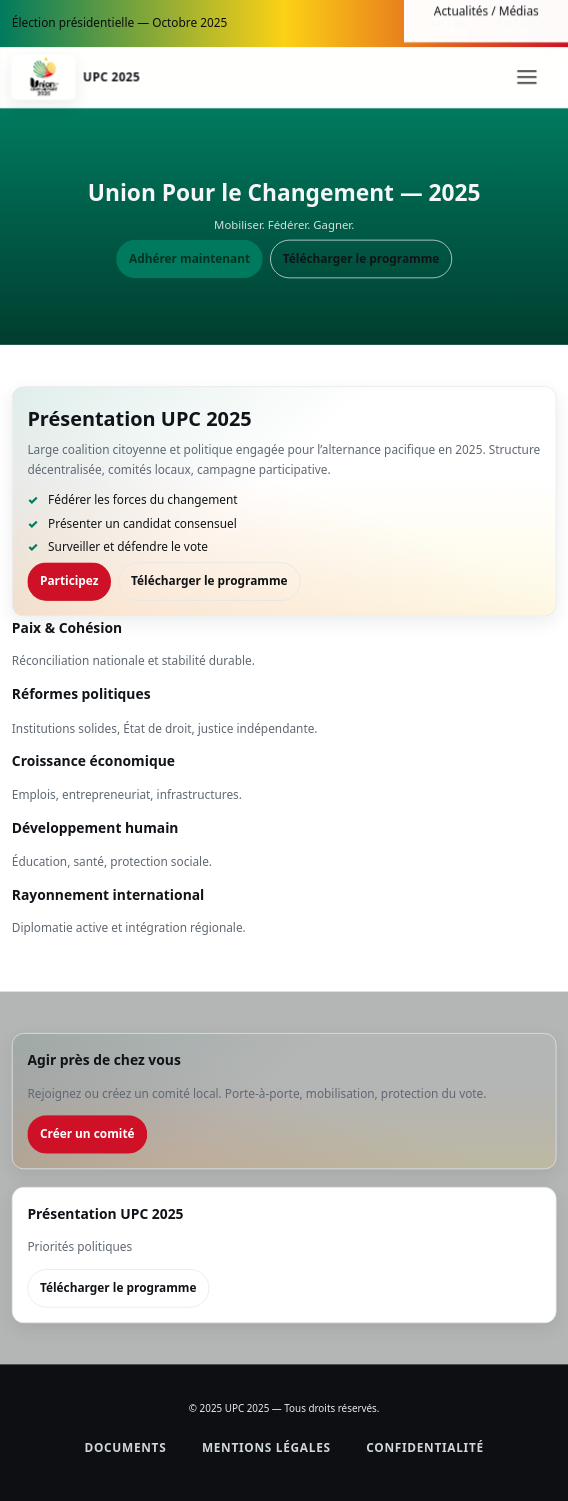
Repository: Kishny/upc2025
Page: index.html
These files come from the project's save history. The page is drawn as it stood at one moment and after the next save; the edit follows.
The browser window is 768 px wide. The pictures show the whole page, at 74% of full size.

Above is the page before, as saved 2025-09-11 02:00:52.

### index.html
<!DOCTYPE html>
<html lang="fr">
  <head>
    <meta charset="utf-8" />
    <meta name="viewport" content="width=device-width,initial-scale=1" />
    <title>UPC 2025 — Union Pour le Changement</title>
    <meta
      name="description"
      content="Coalition citoyenne pour l'alternance pacifique au Cameroun en 2025. Mobilisation, documents officiels, adhésion."
    />
    <link rel="preload" href="assets/css/styles.css" as="style" />
    <link rel="stylesheet" href="assets/css/styles.css" />
    <link rel="icon" href="assets/img/logo.png" />
    <meta property="og:title" content="UPC 2025 — Union Pour le Changement" />
    <meta
      property="og:description"
      content="Mobilisons-nous pour 2025 : adhérer, créer un comité, télécharger le programme."
    />
    <meta property="og:image" content="assets/img/hero-1.jpg" />
    <meta name="theme-color" content="#007A5E" />
  </head>
  <body>
    <!-- Topbar -->
    <div class="topbar">
      <div class="container">
        <span class="topbar__msg" data-i18n="topbar_msg"
          >Élection présidentielle — Octobre 2025</span
        >
        <div class="topbar__actions">
          <button
            id="langToggle"
            class="btn btn--ghost"
            aria-label="Toggle language"
          >
            FR / EN
          </button>
          <a class="btn btn--ghost" href="contact.html" data-i18n="contact"
            >Contact</a
          >
        </div>
      </div>
    </div>

    <!-- Header / Nav -->
    <header class="header">
      <div class="container header__inner">
        <a href="index.html" class="brand">
          <img src="assets/img/logo.png" alt="UPC 2025" class="brand__logo" />
          <span class="brand__title">UPC 2025</span>
        </a>

        <nav id="nav" class="nav" aria-label="Navigation principale">
          <a href="a-propos.html" data-i18n="nav_about">À propos</a>
          <a href="programme.html" data-i18n="nav_program">Programme</a>
          <a href="documents-officiels.html" data-i18n="nav_docs"
            >Documents officiels</a
          >
          <a href="campagne-populaire.html" data-i18n="nav_campaign"
            >Campagne populaire</a
          >
          <a href="participez.html" class="nav__cta" data-i18n="nav_join"
            >Participez</a
          >
          <a href="actualites-medias.html" data-i18n="nav_news_media"
            >Actualités / Médias</a
          >
        </nav>

        <button id="burger" class="burger" aria-label="Menu">
          <span></span><span></span><span></span>
        </button>
      </div>
    </header>

    <!-- Hero -->
    <section class="hero">
      <div class="hero__content container">
        <h1 class="hero__title" data-i18n="hero_title">
          Union Pour le Changement — 2025
        </h1>
        <p class="hero__subtitle" data-i18n="hero_subtitle">
          Mobiliser. Fédérer. Gagner.
        </p>
        <div class="hero__cta">
          <a
            href="participez.html#form-adhesion"
            class="btn btn--primary"
            data-i18n="cta_join"
          >
            Adhérer maintenant
          </a>
          <a
            href="documents-officiels.html"
            class="btn btn--outline"
            data-i18n="cta_program"
            >Télécharger le programme</a
          >
        </div>
      </div>
    </section>

    <!-- Programme / Axes en 2 colonnes -->
    <section class="section" id="programme">
      <div class="container">
        <div class="program__grid">
          <!-- Colonne gauche : présentation UPC 2025 -->
          <article class="card gradient-cm">
            <h2 data-i18n="doc_program">UPC 2025 — Programme Commun</h2>
            <p data-i18n="about_text">
              Large coalition citoyenne et politique engagée pour l’alternance
              pacifique en 2025.
            </p>

            <ul class="checklist">
              <li data-i18n="about_point_1">
                Fédérer les forces du changement
              </li>
              <li data-i18n="about_point_2">
                Présenter un candidat consensuel
              </li>
              <li data-i18n="about_point_3">Surveiller et défendre le vote</li>
            </ul>

            <div class="hero__cta" style="justify-content: flex-start">
              <a
                href="participez.html"
                class="btn btn--secondary"
                data-i18n="nav_join"
                >Participez</a
              >
              <a
                href="documents-officiels.html"
                class="btn btn--outline"
                data-i18n="cta_program"
                >Télécharger le programme</a
              >
            </div>
          </article>

          <!-- Colonne droite : 5 axes -->
          <div class="axis-list">
            <article class="axis-item">
              <h3>
                <span class="axis-dot axis--green"></span>
                <span data-i18n="axis_1_title">Paix & Cohésion</span>
              </h3>
              <p data-i18n="axis_1_text">
                Réconciliation nationale et stabilité durable.
              </p>
            </article>

            <article class="axis-item">
              <h3>
                <span class="axis-dot axis--yellow"></span>
                <span data-i18n="axis_2_title">Réformes politiques</span>
              </h3>
              <p data-i18n="axis_2_text">
                Institutions solides, État de droit, justice indépendante.
              </p>
            </article>

            <article class="axis-item">
              <h3>
                <span class="axis-dot axis--red"></span>
                <span data-i18n="axis_3_title">Croissance économique</span>
              </h3>
              <p data-i18n="axis_3_text">
                Emplois, entrepreneuriat, infrastructures.
              </p>
            </article>

            <article class="axis-item">
              <h3>
                <span class="axis-dot axis--green"></span>
                <span data-i18n="axis_4_title">Développement humain</span>
              </h3>
              <p data-i18n="axis_4_text">
                Éducation, santé, protection sociale.
              </p>
            </article>

            <article class="axis-item">
              <h3>
                <span class="axis-dot axis--yellow"></span>
                <span data-i18n="axis_5_title">Rayonnement international</span>
              </h3>
              <p data-i18n="axis_5_text">
                Diplomatie active et intégration régionale.
              </p>
            </article>
          </div>
        </div>
      </div>
    </section>

    <!-- Bande CTA -->
    <section class="section section--alt">
      <div class="container grid-2">
        <div class="card gradient-cm">
          <h3 data-i18n="call_action">Agir près de chez vous</h3>
          <p data-i18n="call_action_text">
            Rejoignez ou créez un comité local.
          </p>
          <a
            href="participez.html#comite"
            class="btn btn--secondary"
            data-i18n="cta_create_committee"
            >Créer un comité</a
          >
        </div>
        <div class="card">
          <h3 data-i18n="doc_program">Programme Commun</h3>
          <p data-i18n="pillar_1">Priorités politiques</p>
          <a
            href="documents-officiels.html"
            class="btn btn--outline"
            data-i18n="cta_program"
            >Télécharger</a
          >
        </div>
      </div>
    </section>

    <!-- Footer -->
    <footer class="footer footer--solid">
      <div class="container footer__inner">
        <small
          >© <span id="year"></span> UPC 2025 —
          <span data-i18n="rights">Tous droits réservés.</span></small
        >
        <nav class="footer__nav">
          <a href="documents-officiels.html" data-i18n="footer_docs"
            >Documents</a
          >
          <a href="#" data-i18n="footer_legal">Mentions légales</a>
          <a href="#" data-i18n="footer_privacy">Confidentialité</a>
        </nav>
      </div>
    </footer>

    <script src="assets/js/app.js" defer></script>
  </body>
</html>

### assets/css/styles.css
/* =========
   PALETTE & TOKENS (LIGHT)
   ========= */
:root {
  /* Cameroun */
  --cm-green: #007a5e;
  --cm-red: #ce1126;
  --cm-yellow: #fcd116;

  /* Thème clair */
  --bg: #f7f7f4; /* blanc cassé */
  --surface: #ffffff; /* carte / section claire */
  --surface-2: #b4b5b5; /* alternance de section */
  --text: #101418; /* texte principal */
  --muted: #606872; /* texte secondaire */
  --border: #e3e6ea; /* traits & inputs */
  --radius: 16px;
  --shadow: 0 8px 24px rgba(16, 20, 24, 0.08);
}

/* =========
   RESET & LAYOUT
   ========= */
* {
  box-sizing: border-box;
}
html,
body {
  height: 100%;
}
body {
  margin: 0;
  font-family: system-ui, -apple-system, Segoe UI, Roboto, Inter, Arial,
    sans-serif;
  color: var(--text);
  background: var(--bg);
  line-height: 1.6;
  padding: 0;
}
h1,
h2,
h3,
p {
  margin-top: 0;
}
img {
  max-width: 100%;
  display: block;
}
a {
  color: inherit;
  text-decoration: none;
}

.container {
  max-width: 1120px;
  margin-inline: auto;
  padding: 0 16px;
}
.grid-2 {
  display: grid;
  gap: 24px;
  grid-template-columns: 1.1fr 0.9fr;
}
@media (max-width: 900px) {
  .grid-2 {
    grid-template-columns: 1fr;
  }
}

/* =========
   TOPBAR & BOUTONS
   ========= */
.topbar {
  background: linear-gradient(
    90deg,
    var(--cm-green),
    var(--cm-yellow),
    var(--cm-red)
  );
  color: #0b0e0c;
}
.topbar .container {
  display: flex;
  align-items: center;
  justify-content: space-between;
  padding: 6px 16px;
}
.topbar__actions {
  display: flex;
  gap: 8px;
}

.btn {
  display: inline-flex;
  align-items: center;
  justify-content: center;
  gap: 0.5rem;
  padding: 0.75rem 1rem;
  border-radius: 999px;
  border: 1px solid transparent;
  cursor: pointer;
  font-weight: 700;
  transition: 0.2s;
}
.btn--primary {
  background: var(--cm-green);
  color: #032;
  border-color: transparent;
}
.btn--primary:hover {
  filter: brightness(1.05);
}
.btn--secondary {
  background: var(--cm-red);
  color: #fff;
}
.btn--secondary:hover {
  filter: brightness(1.05);
}
.btn--outline {
  background: transparent;
  color: var(--text);
  border-color: var(--border);
}
.btn--outline:hover {
  border-color: var(--cm-yellow);
  color: var(--cm-yellow);
}
.btn--ghost {
  background: transparent;
  color: #111;
  border: 1px solid rgba(0, 0, 0, 0.12);
}

/* =========
   HEADER (logo + à gauche, nav + à droite, plein écran)
   ========= */
.header {
  position: sticky;
  top: 0;
  z-index: 100;
  background: rgba(255, 255, 255, 0.92);
  backdrop-filter: saturate(140%) blur(10px);
  border-bottom: 1px solid var(--border);
}

/* ⚠️ On neutralise le max-width de .container dans le header uniquement */
.header > .container {
  max-width: none; /* plein écran */
  width: 100%;
  padding-inline: clamp(8px, 2vw, 24px); /* bordure fine gauche/droite */
}

.header__inner {
  display: grid;
  grid-template-columns: auto 1fr auto; /* brand | espace | burger (ou rien) */
  align-items: center;
  column-gap: 20px;
  padding: 10px 0;
}

/* Brand : collé à gauche, ne rétrécit pas */
.brand {
  display: flex;
  align-items: center;
  gap: 10px;
  justify-self: start; /* colle à gauche */
  flex-shrink: 0;
}
.brand__logo {
  height: clamp(60px, 8vw, 84px);
  width: auto;
  border-radius: 8px;
  box-shadow: var(--shadow);
}
.brand__title {
  font-weight: 800;
  letter-spacing: 0.5px;
  white-space: nowrap;
}

/* Nav : poussée complètement à droite */
.nav {
  display: flex;
  align-items: center;
  gap: 18px;
  justify-self: end; /* colle à droite */
  margin-left: auto; /* pousse depuis la brand */
  flex-wrap: nowrap;
  min-width: 0;
}
.nav a {
  padding: 8px 12px;
  border-radius: 999px;
  white-space: nowrap;
  word-break: keep-all;
}
.nav a:hover,
.nav a.active {
  background: var(--surface-2);
}

.nav__cta {
  background: var(--cm-yellow);
  color: #111;
  font-weight: 800;
}
.nav__cta:hover {
  filter: brightness(1.05);
}

/* Burger */
.burger {
  display: none;
  background: transparent;
  border: 0;
  padding: 8px;
  justify-self: end; /* aligne le burger à droite quand visible */
}
.burger span {
  display: block;
  width: 26px;
  height: 2px;
  background: #111;
  margin: 6px 0;
  transition: 0.2s;
}

/* Confort : si ça serre un peu avant le breakpoint, autorise un léger scroll */
@media (min-width: 901px) {
  .nav {
    overflow-x: auto;
  }
  .nav::-webkit-scrollbar {
    display: none;
  }
}

/* Mobile */
@media (max-width: 900px) {
  .nav {
    position: fixed;
    inset: 64px 0 auto 0;
    transform: translateY(-120%);
    background: rgba(255, 255, 255, 0.98);
    border-bottom: 1px solid var(--border);
    padding: 20px;
    flex-direction: column;
    gap: 12px;
  }
  .nav.open {
    transform: translateY(0);
  }
  .burger {
    display: block;
  }
}

/* =========
   HERO (compact, centré, lisible)
   ========= */
.hero {
  position: relative;
  min-height: clamp(200px, 40vh, 480px); /* réduit la hauteur */
  display: flex;
  flex-direction: column;
  justify-content: center; /* centre verticalement */
  align-items: center; /* centre horizontalement */
  text-align: center;
  gap: 12px; /* espace plus serré entre les blocs */
  padding: 16px 12px; /* marges internes plus petites */
  margin-top: 0;
  background: linear-gradient(180deg, #007a5e, #003d2f);
  color: #f4f6f8;
}

@media (min-width: 1200px) {
  .hero {
    min-height: clamp(280px, 45vh, 520px); /* compact aussi sur desktop */
  }
}

.hero h1,
.hero h2,
.hero p {
  margin-top: 0;
  margin-bottom: 6px; /* espace minimal sous chaque texte */
}

.hero__title {
  font-size: clamp(24px, 4vw, 42px); /* taille de titre réduite */
  font-weight: 900;
}

.hero__subtitle {
  font-size: clamp(14px, 2vw, 18px);
  color: rgba(255, 255, 255, 0.82);
}

.hero__cta {
  display: flex;
  justify-content: center;
  align-items: center;
  gap: 10px;
  flex-wrap: wrap;
  margin-top: 8px; /* moins d’espace avant les boutons */
}

/* =========
   SECTIONS PROGRAMME(sur fond clair)
   ========= */
.section {
  padding: 56px 0;
  background: var(--surface);
}
.section--alt {
  background: var(--surface-2);
}
.section h2 {
  margin: 0 0 10px;
  font-size: clamp(22px, 3.5vw, 32px);
  color: var(--text);
}
.section p {
  color: var(--muted);
}

/* Cartes */
.card {
  background: #fff;
  border: 1px solid var(--border);
  border-radius: var(--radius);
  padding: 20px;
  box-shadow: var(--shadow);
}
.gradient-cm {
  background: linear-gradient(140deg, rgba(0, 122, 94, 0.12), transparent 45%),
    linear-gradient(20deg, rgba(206, 17, 38, 0.1), transparent 55%),
    linear-gradient(0deg, rgba(252, 209, 22, 0.12), transparent 60%);
}

/* Listes */
.checklist {
  list-style: none;
  padding: 0;
  margin: 12px 0 0;
}
.checklist li {
  padding-left: 28px;
  position: relative;
  margin: 6px 0;
  color: var(--text);
}
.checklist li::before {
  content: "✓";
  position: absolute;
  left: 0;
  top: 0;
  color: var(--cm-green);
  font-weight: 900;
}

/* Grilles */
.cards {
  display: grid;
  gap: 16px;
  grid-template-columns: repeat(3, 1fr);
}
@media (max-width: 900px) {
  .cards {
    grid-template-columns: 1fr;
  }
}
.card.doc:hover {
  border-color: var(--cm-yellow);
}
.card.news h3 {
  margin: 0 0 6px;
}

/* Candidat */
.candidate__photo img {
  border-radius: var(--radius);
  border: 1px solid var(--border);
  box-shadow: var(--shadow);
}

/* =========
   GALERIE
   ========= */
.gallery {
  display: grid;
  grid-template-columns: repeat(auto-fit, minmax(280px, 1fr));
  gap: 12px;
  justify-items: center;
}
.gallery img {
  width: 100%;
  max-width: 340px;
  border-radius: 12px;
  border: 1px solid var(--border);
  box-shadow: 0 6px 18px rgba(16, 20, 24, 0.1);
  object-fit: cover;
  transition: transform 0.3s ease, box-shadow 0.3s ease;
  cursor: default;
}
.gallery img:hover {
  transform: scale(1.05) translateY(-5px);
  box-shadow: 0 12px 28px rgba(16, 20, 24, 0.18);
}

/* =========
   FORMULAIRES (clair)
   ========= */
form label {
  display: grid;
  gap: 6px;
  margin: 10px 0;
}
input,
select,
textarea {
  background: #fff;
  border: 1px solid var(--border);
  color: var(--text);
  border-radius: 12px;
  padding: 12px;
  outline: none;
}
input:focus,
select:focus,
textarea:focus {
  border-color: var(--cm-green);
  box-shadow: 0 0 0 3px rgba(0, 122, 94, 0.12);
}
.form__small {
  color: var(--muted);
  font-size: 0.92rem;
  margin-top: 8px;
}
.form__alert {
  margin-top: 10px;
  padding: 10px;
  border-radius: 10px;
  border: 1px solid var(--border);
  background: #fff;
  color: var(--text);
}

/* =========
   FOOTER (noir conservé)
   ========= */
.footer--solid {
  background: #0d0f12;
  border-top: 1px solid #14171c;
  color: #e8edf1;
}
.footer__wrap,
.footer__inner {
  padding: 48px 16px;
  display: flex;
  flex-direction: column;
  align-items: center;
  gap: 18px;
  text-align: center;
}
.footer__logo {
  width: 76px;
  height: auto;
  opacity: 0.95;
  filter: drop-shadow(0 8px 22px rgba(0, 0, 0, 0.35));
}
.footer__title {
  display: flex;
  align-items: center;
  gap: 16px;
  letter-spacing: 0.08em;
  font-weight: 800;
  color: #f2f5f8;
  margin: 6px 0 4px;
}
.footer__line {
  display: inline-block;
  width: 160px;
  height: 1px;
  background: linear-gradient(
    90deg,
    transparent,
    rgba(255, 255, 255, 0.18),
    transparent
  );
}
@media (max-width: 600px) {
  .footer__line {
    width: 90px;
  }
}
.footer__socials {
  display: flex;
  gap: 14px;
  list-style: none;
  padding: 0;
  margin: 6px 0 8px;
}
.sbtn {
  --ring: rgba(255, 255, 255, 0.08);
  display: grid;
  place-items: center;
  width: 40px;
  height: 40px;
  border-radius: 999px;
  background: rgba(255, 255, 255, 0.06);
  color: #e9eef2;
  border: 1px solid rgba(255, 255, 255, 0.1);
  box-shadow: 0 6px 18px rgba(0, 0, 0, 0.35), inset 0 0 0 1px var(--ring);
  transition: transform 0.2s ease, box-shadow 0.2s ease, background 0.2s ease;
}
.sbtn:hover {
  transform: translateY(-3px);
  box-shadow: 0 12px 28px rgba(0, 0, 0, 0.5), 0 0 0 3px rgba(0, 122, 94, 0.25),
    0 0 24px rgba(252, 209, 22, 0.25), 0 0 12px rgba(206, 17, 38, 0.2);
}
.footer__nav {
  display: flex;
  gap: 28px;
  flex-wrap: wrap;
  justify-content: center;
  margin: 6px 0;
}
.footer__nav a {
  color: #cfd6dc;
  font-weight: 800;
  text-transform: uppercase;
  letter-spacing: 0.06em;
  padding: 6px 10px;
  border-radius: 8px;
  transition: color 0.2s ease, background 0.2s ease;
}
.footer__nav a:hover {
  color: #fff;
  background: rgba(255, 255, 255, 0.06);
}
.footer__copy {
  color: #aeb3b8;
  margin-top: 6px;
  display: block;
}

Loaded but not shown: assets/js/app.js (350 lines, source omitted)

After the next save:
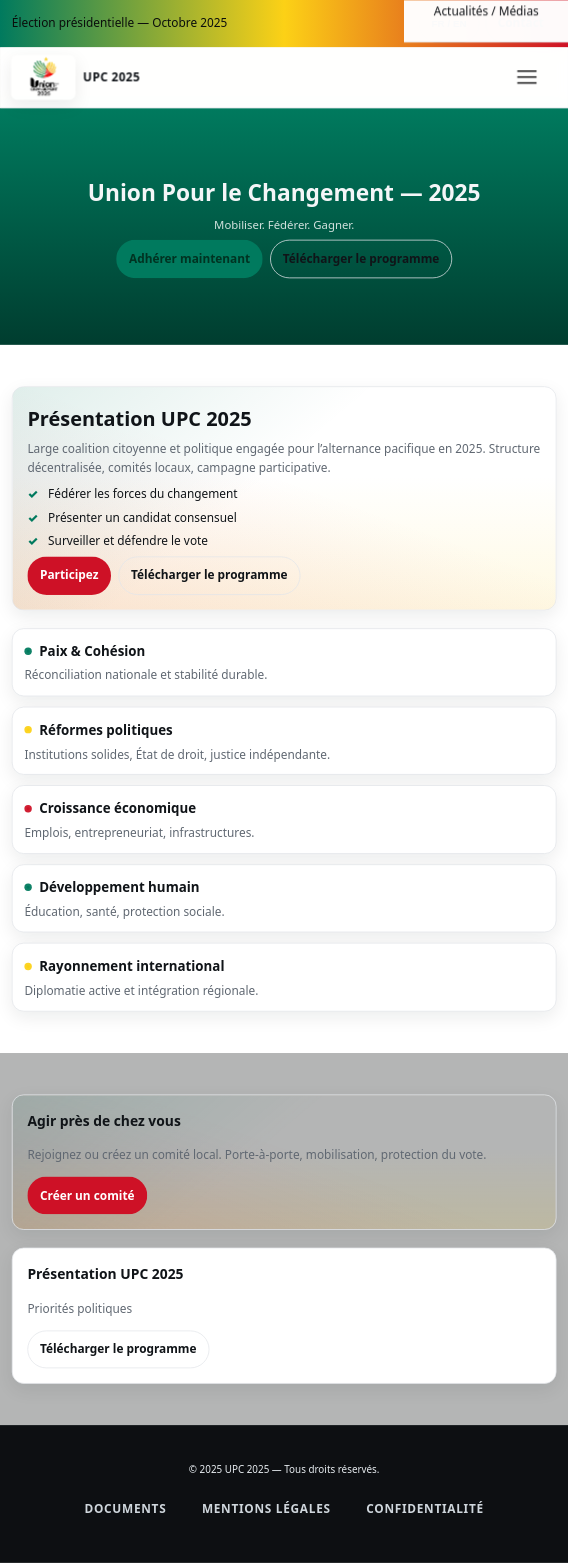
Saved 86 s later.
--- a/assets/css/styles.css
+++ b/assets/css/styles.css
@@ -339,6 +339,77 @@ a {
     linear-gradient(20deg, rgba(206, 17, 38, 0.1), transparent 55%),
     linear-gradient(0deg, rgba(252, 209, 22, 0.12), transparent 60%);
 }
+/* Programme : grille 2 colonnes (présentation | axes) */
+.program__grid {
+  display: grid;
+  grid-template-columns: 1.05fr 0.95fr;
+  gap: 24px;
+  align-items: start;
+}
+@media (max-width: 900px) {
+  .program__grid {
+    grid-template-columns: 1fr;
+  }
+}
+
+/* Liste des axes */
+.axis-list {
+  display: grid;
+  gap: 14px;
+}
+.axis-item {
+  background: var(--surface);
+  border: 1px solid var(--border);
+  border-radius: var(--radius);
+  padding: 16px 16px 14px;
+  box-shadow: var(--shadow);
+  transition: transform 0.2s ease, box-shadow 0.2s ease, border-color 0.2s ease;
+}
+.axis-item:hover {
+  transform: translateY(-2px);
+  border-color: rgba(255, 255, 255, 0.18);
+  box-shadow: 0 12px 24px rgba(0, 0, 0, 0.25);
+}
+.axis-item h3 {
+  display: flex;
+  align-items: center;
+  gap: 10px;
+  margin: 0 0 6px;
+  font-size: clamp(16px, 2.4vw, 18px);
+}
+.axis-item p {
+  margin: 0;
+  color: var(--muted);
+}
+
+/* Pastilles couleur 🇨🇲 */
+.axis-dot {
+  width: 10px;
+  height: 10px;
+  border-radius: 50%;
+  display: inline-block;
+  box-shadow: 0 0 0 3px rgba(255, 255, 255, 0.06) inset;
+}
+.axis--green {
+  background: var(--cm-green);
+}
+.axis--red {
+  background: var(--cm-red);
+}
+.axis--yellow {
+  background: var(--cm-yellow);
+}
+
+/* Harmonise la carte de gauche au même rythme visuel */
+#programme .card h2 {
+  margin: 0 0 8px;
+}
+#programme .card p {
+  margin: 0 0 8px;
+}
+#programme .checklist {
+  margin-top: 10px;
+}
 
 /* Listes */
 .checklist {
